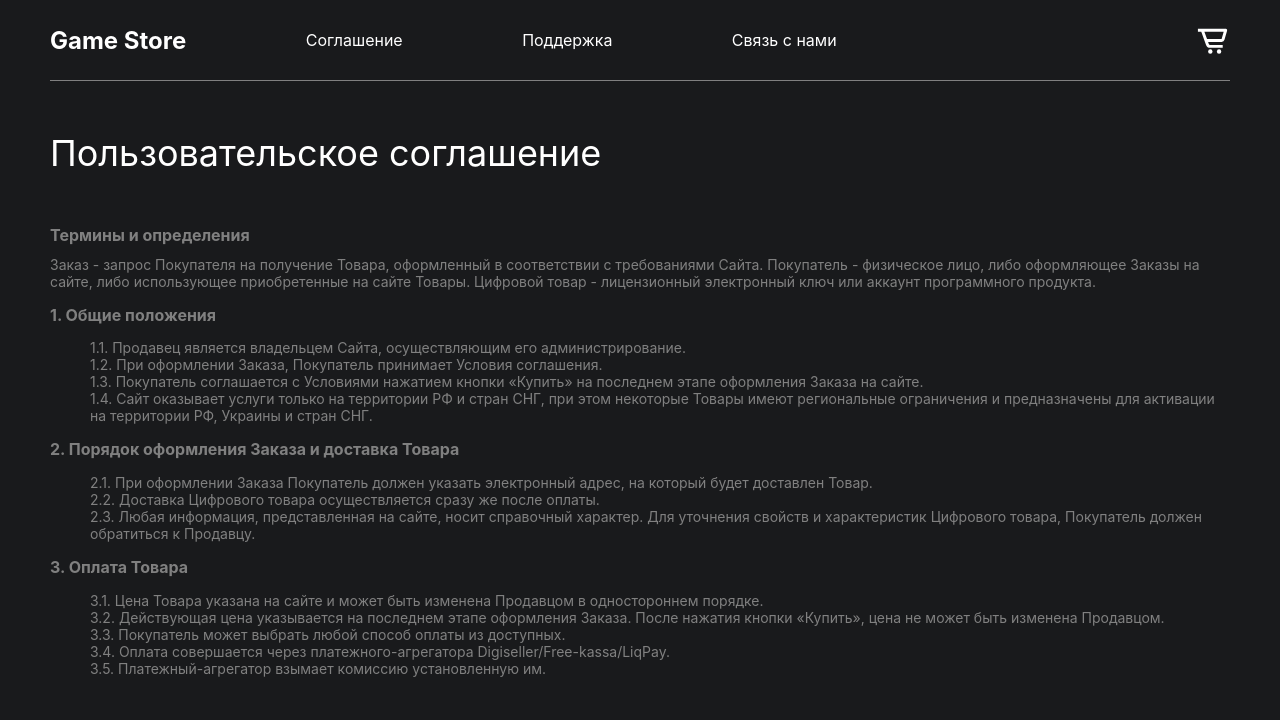
Repository: Minkeani/GameStore
Page: /agreement
These files come from the project's save history. The page is drawn as it stood at one moment and after the next save; the edit follows.
The browser window is 1280 px wide. The pictures show the whole page.
The project was rebuilt for these pictures with package versions that can differ from the ones it lists, and the page was loaded fresh each time. Also part of the build but not shown: src/components/ItemsInCart/ItemsInCart.css, src/components/ItemsInCart/ItemsInCart.jsx, src/components/CartMenu/CartMenu.css, src/components/Btn/Btn.css, src/components/Btn/Btn.jsx, src/components/CartItem/CartItem.css, src/components/CartItem/CartItem.jsx, src/components/utils/utils.js and 17 more.

Above is the page before, as saved 2022-09-11 10:54:29.

After the next save:
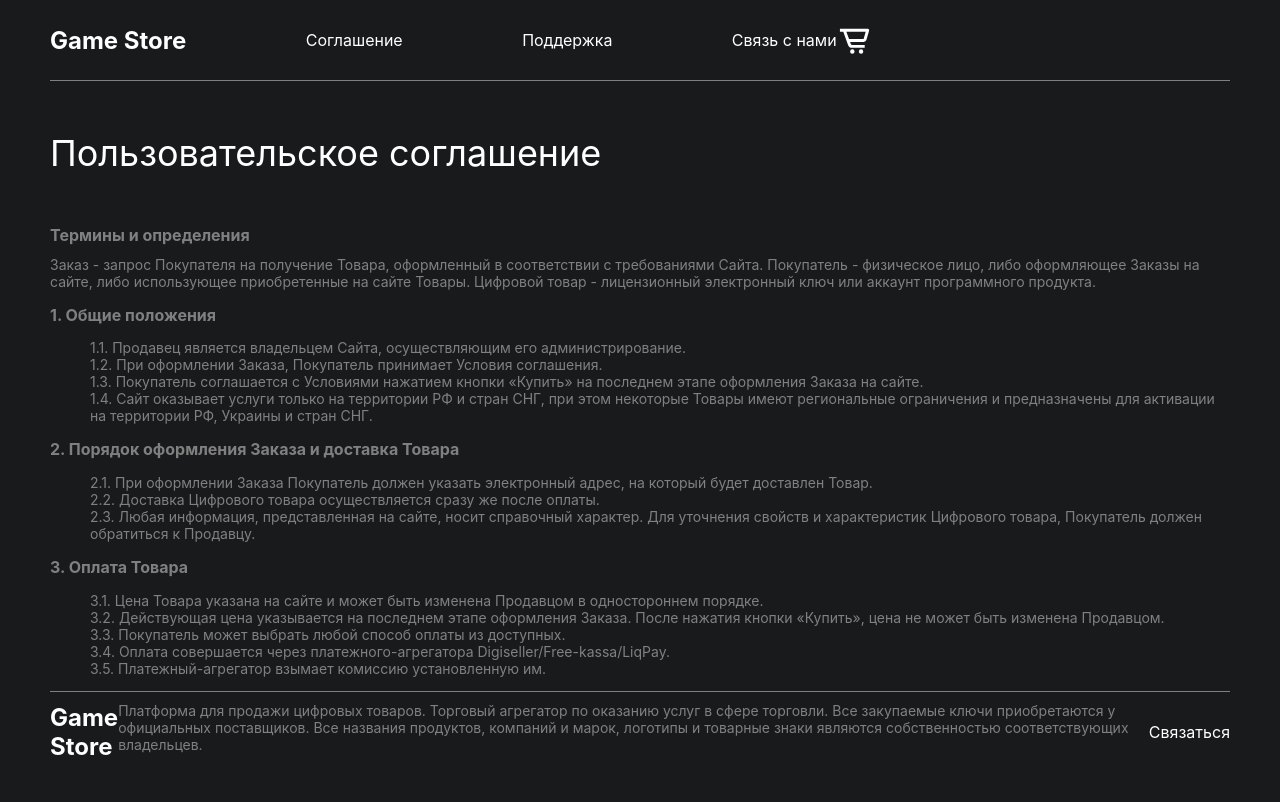
Saved 19 s later.
--- a/src/App.js
+++ b/src/App.js
@@ -6,6 +6,7 @@ import OrderPage from "./components/OrderPage/OrderPage";
 import HomePage from "./pages/HomePage/HomePage";
 import {store} from './redux'
 import Agreement from "./components/Agreement/Agreement";
+import Footer from "./components/Footer/Footer";
 
 
 function App() {
@@ -20,6 +21,7 @@ function App() {
           <Route path="/order" element={<OrderPage />} />
           <Route path="/agreement" element={<Agreement />} />
         </Routes>
+        <Footer/>
       </div>
     </BrowserRouter>
     </Provider>
